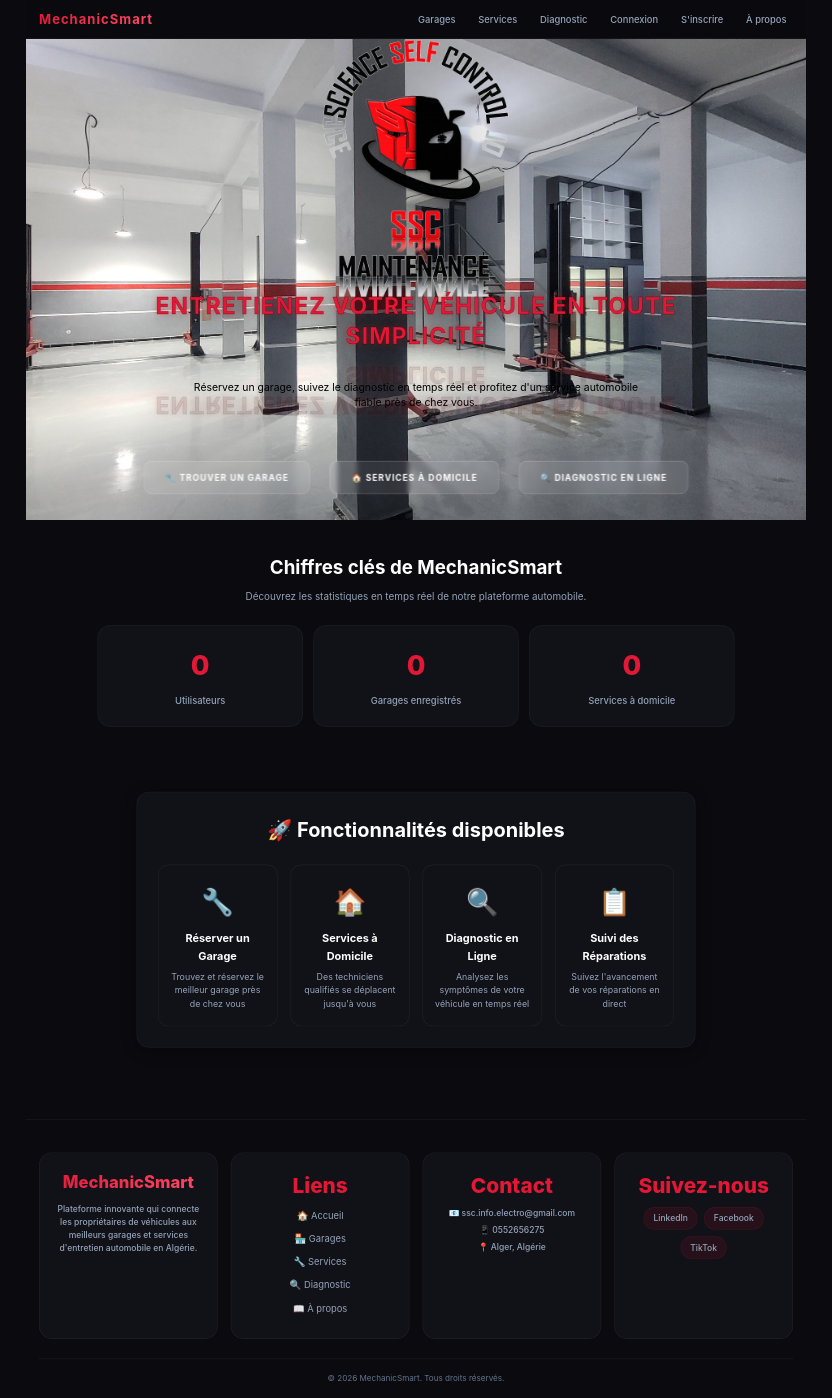
Repository: sscinfoelectro-oss/MPS-V-4
Page: / (app in frontend/)
The author's editor kept a copy of each file at every save. The page is drawn from the files as they stood at one save, then again after the next save.
The browser window is 1280 px wide. The pictures show the whole page, at 65% of full size.
The page's requests for data from a server got no answer. The project was rebuilt for these pictures with package versions that can differ from the ones it lists, and the page was loaded fresh each time. No one was signed in, and anything a server would have sent is missing. Also part of the build but not shown: frontend/vite.config.js.

Above is the page before, as saved 2026-06-02 18:39:50.

### frontend/index.html
<!DOCTYPE html>
<html lang="en">
  <head>
    <meta charset="UTF-8" />
    <meta name="viewport" content="width=device-width, initial-scale=1.0" />
    <title>Mechanic Smart</title>
    <link rel="icon" type="image/x-icon" href="/src/assets/ssc.ico" />
  </head>
  <body>
    <div id="root"></div>
    <script type="module" src="/src/main.jsx"></script>
  </body>
</html>

### frontend/src/styles.css
:root {
  color-scheme: dark;
  font-family: Inter, system-ui, -apple-system, BlinkMacSystemFont, 'Segoe UI', sans-serif;
  color: #e2e8f0;
  background: #0a0a0f;
  --brand-red: #E31837;
  --brand-red-strong: #B8102A;
  --brand-red-glow: rgba(227, 24, 55, 0.3);
  --brand-red-soft: rgba(227, 24, 55, 0.1);
  --gray-50: #F8FAFC;
  --gray-100: #F1F5F9;
  --gray-200: #E2E8F0;
  --gray-300: #CBD5E1;
  --gray-400: #94A3B8;
  --gray-500: #64748B;
  --gray-600: #475569;
  --gray-700: #334155;
  --gray-800: #1E293B;
  --gray-900: #0F172A;
  --surface-card: #111118;
  --surface-card-hover: #1a1a24;
  --border-subtle: rgba(255, 255, 255, 0.06);
  --border-medium: rgba(255, 255, 255, 0.1);
}

html {
  width: 100%;
  height: 100%;
  overflow-x: hidden;
  scroll-behavior: smooth;
}

* {
  box-sizing: border-box;
  margin: 0;
  padding: 0;
}

body {
  margin: 0;
  width: 100%;
  min-height: 100vh;
  background: #0a0a0f;
  overflow-x: hidden;
  line-height: 1.6;
}

.page-shell {
  width: min(1200px, 100%);
  max-width: 100vw;
  margin: 0 auto;
  overflow-x: hidden;
}

button {
  font: inherit;
  cursor: pointer;
}

a {
  color: inherit;
  text-decoration: none;
}

/* ===== HEADER / NAVBAR ===== */
.header-bar {
  display: flex;
  align-items: center;
  justify-content: space-between;
  padding: 12px 24px;
  color: #ffffff;
  position: sticky;
  top: 0;
  z-index: 100;
  background: rgba(10, 10, 15, 0.92);
  backdrop-filter: blur(16px);
  -webkit-backdrop-filter: blur(16px);
  border-bottom: 1px solid var(--border-subtle);
}

.brand-card {
  display: flex;
  align-items: baseline;
  gap: 10px;
}

.brand-logo {
  font-size: 1.25rem;
  font-weight: 700;
  letter-spacing: 0.08em;
  color: var(--brand-red);
  background: linear-gradient(135deg, #E31837, #ff4d6a);
  -webkit-background-clip: text;
  -webkit-text-fill-color: transparent;
  background-clip: text;
  text-shadow: none;
}

.brand-sub {
  font-size: 0.75rem;
  color: var(--gray-400);
  text-transform: uppercase;
  letter-spacing: 0.12em;
  font-weight: 500;
}

.nav-links {
  display: flex;
  align-items: center;
  gap: 24px;
  flex-wrap: wrap;
  max-width: 100vw;
}

.nav-links a {
  font-size: 0.85rem;
  color: var(--gray-400);
  transition: color 0.2s ease;
  font-weight: 500;
  position: relative;
  padding: 4px 0;
}

.nav-links a::after {
  content: '';
  position: absolute;
  bottom: -2px;
  left: 0;
  width: 0;
  height: 2px;
  background: var(--brand-red);
  transition: width 0.2s ease;
  border-radius: 2px;
}

.nav-links a:hover {
  color: #ffffff;
}

.nav-links a:hover::after {
  width: 100%;
}

/* ===== HERO SECTION ===== */
.hero-section {
  position: relative;
  min-height: calc(100vh - 88px);
  display: flex;
  align-items: center;
  justify-content: center;
  text-align: center;
  color: white;
  padding: 40px 14px;
  background-size: cover;
  background-position: 70% center;
  overflow: hidden;
  width: 100%;
}

.hero-overlay {
  position: absolute;
  inset: 0;
  background: transparent;
}

.hero-copy {
  position: relative;
  max-width: min(900px, 95vw);
  z-index: 1;
  display: flex;
  flex-direction: column;
  align-items: center;
  justify-content: center;
  gap: 22px;
  width: 100%;
  text-align: center;
  margin-top: -60px;
}

.hero-logo-wrap {
  margin: 0 auto;
  margin-bottom: clamp(1.5rem, 5vh, 3rem);
  width: min(320px, 70vw);
  max-height: 320px;
}

.hero-logo {
  width: 100%;
  height: auto;
  display: block;
  object-fit: contain;
  filter: drop-shadow(0 16px 48px rgba(0, 0, 0, 0.32));
}

.hero-title {
  margin: 0;
  margin-top: 30px;
  margin-bottom: clamp(0.75rem, 3vh, 1.5rem);
  font-size: clamp(1.1rem, 5vw, 2.2rem);
  line-height: 1.3;
  letter-spacing: 0.05em;
  text-transform: uppercase;
  color: var(--brand-red);
  -webkit-text-stroke: 0.6px rgba(0, 0, 0, 0.45);
  text-shadow: 0 0 10px rgba(255, 3, 3, 0.35), 0 10px 30px rgba(0, 0, 0, 0.32);
  position: relative;
  white-space: normal;
  overflow: visible;
  width: 100%;
  text-align: center;
}

.hero-title::after {
  content: attr(data-text);
  position: absolute;
  left: 0;
  top: 100%;
  width: 100%;
  color: rgba(0, 0, 0, 0.22);
  transform: translateY(14px) scaleY(-1);
  filter: blur(1px);
  opacity: 0.42;
  white-space: normal;
  word-wrap: break-word;
}

.hero-description {
  margin: 0;
  margin-bottom: clamp(1.5rem, 5vh, 2.5rem);
  max-width: min(700px, 90vw);
  color: black;
  font-size: clamp(0.85rem, 2.5vw, 1rem);
  line-height: 1.5;
  white-space: normal;
  overflow: visible;
  text-align: center;
  width: 100%;
}

.hero-actions {
  display: flex;
  flex-wrap: wrap;
  justify-content: center;
  align-items: center;
  gap: 12px;
  margin-top: 20px;
  width: 100%;
}

/* ===== BUTTONS ===== */
.btn {
  border: none;
  border-radius: 12px;
  padding: 10px 20px;
  cursor: pointer;
  transition: all 0.25s ease;
  font-weight: 600;
  font-size: 0.9rem;
  display: inline-flex;
  align-items: center;
  justify-content: center;
  gap: 8px;
}

.btn:hover {
  transform: translateY(-2px);
}

.btn:active {
  transform: translateY(0px);
}

.btn-primary {
  background: var(--brand-red);
  color: white;
  border: none;
  box-shadow: 0 4px 16px rgba(227, 24, 55, 0.3);
}

.btn-primary:hover {
  background: var(--brand-red-strong);
  box-shadow: 0 6px 24px rgba(227, 24, 55, 0.45);
}

.btn-secondary {
  background: var(--gray-700);
  color: white;
  border: 1px solid var(--border-medium);
}

.btn-secondary:hover {
  background: var(--gray-600);
  border-color: rgba(255, 255, 255, 0.2);
}

/* ===== HERO BUTTONS - Modern Minimal Design ===== */
.button {
  -moz-appearance: none;
  -webkit-appearance: none;
  appearance: none;
  border: none;
  background: none;
  color: #0f1923;
  cursor: pointer;
  position: relative;
  padding: 0;
  text-transform: uppercase;
  font-weight: 700;
  font-size: 12px;
  transition: all 0.3s ease;
  letter-spacing: 0.5px;
}

.button_lg {
  position: relative;
  display: flex;
  align-items: center;
  justify-content: center;
  padding: 14px 32px;
  color: #ffffff;
  background: rgba(255, 255, 255, 0.08);
  overflow: hidden;
  min-width: 210px;
  border-radius: 12px;
  border: 1px solid rgba(255, 255, 255, 0.2);
  backdrop-filter: blur(4px);
  transition: all 0.3s ease;
}

.button_sl {
  display: block;
  position: absolute;
  inset: 0;
  width: 0;
  background: linear-gradient(135deg, #E31837, #ff4d6a);
  transition: width 0.4s cubic-bezier(0.25, 0.46, 0.45, 0.94);
  z-index: 0;
}

.button_text {
  position: relative;
  z-index: 1;
  letter-spacing: 1.5px;
  font-size: 13px;
  transition: color 0.3s ease;
}

.button:hover .button_lg {
  border-color: transparent;
  box-shadow: 0 8px 32px rgba(227, 24, 55, 0.35);
  transform: translateY(-3px);
}

.button:hover .button_sl {
  width: 100%;
}

.button:hover .button_text {
  color: #ffffff;
}

.button:active {
  transform: translateY(-1px) scale(0.98);
}

.button:active .button_lg {
  box-shadow: 0 4px 16px rgba(227, 24, 55, 0.25);
}

/* ===== ABOUT / SECTION ===== */
.about-main {
  min-height: calc(100vh - 60px);
  overflow: hidden;
}

.about-section,
.diagnostic-section {
  padding: 50px 18px;
}

.about-card {
  margin: 0 auto;
  width: min(860px, 100%);
  max-width: 100%;
  padding: 32px;
  background: var(--surface-card);
  border-radius: 20px;
  border: 1px solid var(--border-subtle);
  box-shadow: 0 4px 24px rgba(0, 0, 0, 0.3);
}

.about-card h2 {
  margin-top: 0;
  color: #ffffff;
  font-size: clamp(1.5rem, 2.4vw, 2rem);
  font-weight: 700;
}

.about-card p {
  color: var(--gray-300);
  line-height: 1.7;
  margin: 14px 0 0;
}

.section-heading {
  max-width: 660px;
  margin: 0 auto 32px;
  text-align: center;
}

.section-heading h2 {
  margin: 0;
  color: #ffffff;
  font-size: clamp(1.5rem, 2.4vw, 1.8rem);
  font-weight: 700;
}

.section-heading p {
  color: var(--gray-400);
  margin-top: 10px;
  line-height: 1.6;
  font-size: 0.95rem;
}

/* ===== STATS CARDS ===== */
.cards-grid {
  display: grid;
  grid-template-columns: repeat(3, minmax(0, 1fr));
  gap: 16px;
  max-width: 980px;
  margin: 0 auto;
}

.stats-card {
  background: var(--surface-card);
  padding: 28px 20px;
  border-radius: 20px;
  border: 1px solid var(--border-subtle);
  text-align: center;
  transition: transform 0.2s ease, border-color 0.2s ease;
}

.stats-card:hover {
  transform: translateY(-4px);
  border-color: var(--brand-red-glow);
}

.stats-card h3 {
  margin: 0;
  font-size: 2.6rem;
  color: var(--brand-red);
  font-weight: 800;
}

.stats-card p {
  margin: 8px 0 0;
  color: var(--gray-400);
  font-size: 0.9rem;
  font-weight: 500;
}

/* ===== FORMS (Connexion / Inscription) ===== */
.connexion-section,
.inscription-section {
  padding: 60px 18px;
  min-height: calc(100vh - 60px);
  display: flex;
  align-items: center;
  justify-content: center;
}

.connexion-card,
.inscription-card {
  margin: 0 auto;
  width: min(460px, 100%);
  max-width: 100%;
  padding: 36px 32px;
  background: var(--surface-card);
  border-radius: 20px;
  border: 1px solid var(--border-subtle);
  box-shadow: 0 8px 32px rgba(0, 0, 0, 0.4);
}

.connexion-card h2,
.inscription-card h2 {
  margin: 0 0 24px;
  color: #ffffff;
  font-size: clamp(1.5rem, 2.4vw, 1.8rem);
  text-align: center;
  font-weight: 700;
}

.connexion-form,
.inscription-form {
  display: flex;
  flex-direction: column;
  gap: 18px;
}

.form-group {
  display: flex;
  flex-direction: column;
  gap: 8px;
}

.form-group label {
  font-size: 0.85rem;
  color: var(--gray-400);
  font-weight: 500;
}

.form-input {
  width: 100%;
  padding: 12px 16px;
  border-radius: 12px;
  border: 1px solid var(--border-medium);
  background: rgba(255, 255, 255, 0.04);
  color: #e2e8f0;
  font-size: 0.95rem;
  transition: border-color 0.2s ease, box-shadow 0.2s ease;
}

.form-input:focus {
  outline: none;
  border-color: var(--brand-red);
  box-shadow: 0 0 0 3px var(--brand-red-soft);
}

.form-input::placeholder {
  color: var(--gray-600);
}

.message {
  padding: 12px 16px;
  border-radius: 12px;
  background: rgba(255, 255, 255, 0.04);
  color: var(--gray-300);
  text-align: center;
  font-size: 0.9rem;
  border: 1px solid var(--border-subtle);
}

/* ===== SEARCH INPUT ===== */
.search-input {
  width: 100%;
  padding: 14px 18px;
  border-radius: 14px;
  border: 1px solid var(--border-medium);
  background: rgba(255, 255, 255, 0.04);
  color: #e2e8f0;
  font-size: 0.95rem;
  transition: all 0.2s ease;
  margin-bottom: 24px;
}

.search-input:focus {
  outline: none;
  border-color: var(--brand-red);
  box-shadow: 0 0 0 3px var(--brand-red-soft);
}

.search-input::placeholder {
  color: var(--gray-600);
}

/* ===== SERVICE / GARAGE CARDS - Modern Redesign ===== */
.service-card,
.garage-card {
  background: var(--surface-card);
  padding: 24px;
  border-radius: 16px;
  border: 1px solid var(--border-subtle);
  transition: all 0.3s ease;
  position: relative;
  overflow: hidden;
}

.service-card:hover,
.garage-card:hover {
  border-color: rgba(227, 24, 55, 0.2);
  transform: translateY(-2px);
  box-shadow: 0 8px 32px rgba(0, 0, 0, 0.3);
}

.card-header {
  display: flex;
  gap: 16px;
  margin-bottom: 16px;
}

.card-image {
  width: 100px;
  height: 100px;
  border-radius: 12px;
  object-fit: cover;
  border: 2px solid var(--border-subtle);
  flex-shrink: 0;
  background: var(--gray-800);
}

.card-image-placeholder {
  width: 100px;
  height: 100px;
  border-radius: 12px;
  border: 2px dashed var(--border-medium);
  display: flex;
  align-items: center;
  justify-content: center;
  color: var(--gray-600);
  font-size: 0.75rem;
  flex-shrink: 0;
  background: rgba(255, 255, 255, 0.02);
}

.card-info {
  flex: 1;
  min-width: 0;
}

.card-name {
  font-size: 1.15rem;
  font-weight: 700;
  color: #ffffff;
  margin: 0 0 6px;
}

.card-location {
  color: var(--gray-400);
  font-size: 0.85rem;
  margin: 0 0 8px;
  display: flex;
  align-items: center;
  gap: 4px;
}

.card-rating {
  display: flex;
  align-items: center;
  gap: 12px;
  flex-wrap: wrap;
  margin-bottom: 8px;
}

.rating-stars {
  color: #f59e0b;
  font-size: 0.9rem;
}

.rating-text {
  color: var(--gray-400);
  font-size: 0.85rem;
}

.vote-count {
  color: var(--gray-500);
  font-size: 0.8rem;
}

.card-details {
  margin: 12px 0;
  padding-top: 12px;
  border-top: 1px solid var(--border-subtle);
}

.card-details p {
  color: var(--gray-400);
  font-size: 0.85rem;
  margin: 4px 0;
  line-height: 1.5;
}

.card-description {
  color: var(--gray-400);
  font-size: 0.85rem;
  font-style: italic;
  margin: 8px 0;
  line-height: 1.5;
}

.services-list {
  margin: 10px 0 0;
  padding: 0;
  list-style: none;
  display: flex;
  flex-wrap: wrap;
  gap: 6px;
}

.services-list li {
  background: rgba(227, 24, 55, 0.1);
  color: var(--gray-300);
  font-size: 0.78rem;
  padding: 4px 10px;
  border-radius: 20px;
  border: 1px solid rgba(227, 24, 55, 0.15);
}

.card-actions {
  display: flex;
  gap: 10px;
  margin-top: 16px;
  padding-top: 16px;
  border-top: 1px solid var(--border-subtle);
}

.card-actions .btn {
  flex: 1;
  padding: 10px 14px;
  font-size: 0.82rem;
  border-radius: 10px;
}

.vote-buttons {
  display: flex;
  gap: 10px;
  margin-top: 12px;
}

.vote-buttons .btn {
  flex: 1;
  padding: 8px 14px;
  font-size: 0.8rem;
  border-radius: 10px;
}

/* ===== RESPONSIVE ===== */
@media (max-width: 900px) {
  .header-bar {
    flex-direction: column;
    gap: 14px;
    text-align: center;
    padding: 14px 16px;
  }

  .nav-links {
    justify-content: center;
    gap: 16px;
  }

  .hero-section {
    min-height: 80vh;
    height: auto;
  }

  .cards-grid {
    grid-template-columns: 1fr;
  }

  .card-header {
    flex-direction: column;
    align-items: center;
    text-align: center;
  }

  .card-rating {
    justify-content: center;
  }

  .card-image,
  .card-image-placeholder {
    width: 140px;
    height: 140px;
  }
}

@media (max-width: 768px) {
  .header-bar {
    flex-direction: row;
    gap: 8px;
    padding: 8px 10px;
    flex-wrap: wrap;
    justify-content: center;
    position: relative;
    z-index: 100;
  }

  .nav-links {
    flex-direction: row;
    flex-wrap: wrap;
    gap: 6px;
    justify-content: center;
    margin: 0 auto;
  }

  .nav-links a {
    font-size: 0.75rem;
    padding: 2px 6px;
  }

  .nav-links button {
    font-size: 0.75rem;
    padding: 2px 6px;
  }

  .hero-section {
    min-height: auto;
    height: auto;
    padding: 10px 8px;
  }

  .hero-copy {
    padding: 1rem !important;
    margin-top: 0 !important;
    gap: 8px;
  }

  .hero-logo-wrap {
    margin: 0 auto;
    margin-bottom: 0.8rem !important;
    width: min(250px, 60vw);
    max-height: none;
  }

  .hero-logo {
    max-width: 100% !important;
    margin-bottom: 0 !important;
  }

  .hero-title {
    font-size: 0.95rem !important;
    line-height: 1.2 !important;
    white-space: normal !important;
    word-break: break-word !important;
    margin: 0 0 0.3rem 0 !important;
    padding: 0 5px;
    text-align: center;
  }

  .hero-title::after {
    display: none;
  }

  .hero-description {
    margin-top: 0;
    font-size: 0.7rem !important;
    line-height: 1.3 !important;
    padding: 0 8px;
    max-width: 100%;
    margin-bottom: 0.8rem !important;
  }

  .hero-actions {
    flex-direction: column;
    align-items: center;
    gap: 8px;
    margin-top: 0;
    width: 100%;
  }

  .hero-actions a {
    display: block;
    width: 100%;
    max-width: 280px;
  }

  .hero-actions .button {
    width: 100%;
  }

  .button_lg {
    padding: 10px 16px;
    min-width: auto;
    width: 100%;
  }

  .button_text {
    font-size: 12px;
    letter-spacing: 1px;
  }

  .button {
    font-size: 11px;
  }

  .about-card {
    padding: 20px 16px;
  }

  .connexion-card,
  .inscription-card {
    padding: 24px 20px;
  }

  .service-card,
  .garage-card {
    padding: 18px;
  }

  .card-actions {
    flex-direction: column;
  }

  .vote-buttons {
    flex-direction: column;
  }

  .brand-logo {
    font-size: 1.1rem;
  }
}

@media (max-width: 480px) {
  .header-bar {
    padding: 6px 8px;
    gap: 4px;
  }

  .nav-links {
    gap: 4px;
  }

  .nav-links a,
  .nav-links button {
    font-size: 0.7rem;
    padding: 2px 4px;
  }

  .hero-section {
    min-height: auto;
    height: auto;
    padding: 8px 6px;
  }

  .hero-copy {
    padding: 0.5rem !important;
    margin-top: 0 !important;
    gap: 6px;
  }

  .hero-logo-wrap {
    margin-bottom: 0.5rem !important;
    width: min(200px, 65vw);
  }

  .hero-logo {
    max-width: 100% !important;
  }

  .hero-title {
    font-size: 0.85rem !important;
    line-height: 1.15 !important;
    margin-bottom: 0.2rem !important;
    margin-top: 0 !important;
  }

  .hero-description {
    font-size: 0.65rem !important;
    line-height: 1.2 !important;
    margin-bottom: 0.4rem !important;
  }

  .hero-actions {
    gap: 6px;
    margin-top: 0;
  }

  .hero-actions a {
    max-width: 240px;
  }

  .button_lg {
    padding: 8px 12px;
  }

  .button_text {
    font-size: 10px;
    letter-spacing: 0.5px;
  }

  .button {
    font-size: 10px;
  }

  .nav-links a {
    font-size: 0.7rem;
  }

  .about-card h2 {
    font-size: 1.3rem;
  }

  .stats-card h3 {
    font-size: 2rem;
  }

  .service-card,
  .garage-card {
    padding: 14px;
  }

  .card-image,
  .card-image-placeholder {
    width: 100px;
    height: 100px;
  }

  .card-name {
    font-size: 1rem;
  }
}

/* ===== SCROLLBAR ===== */
::-webkit-scrollbar {
  width: 8px;
}

::-webkit-scrollbar-track {
  background: #0a0a0f;
}

::-webkit-scrollbar-thumb {
  background: var(--gray-700);
  border-radius: 4px;
}

::-webkit-scrollbar-thumb:hover {
  background: var(--gray-600);
}

/* ===== SELECTION ===== */
::selection {
  background: var(--brand-red);
  color: #ffffff;
}

/* ===== MODERN BUTTON STYLE (Compact) ===== */
.btn-compact {
  padding: 8px 16px;
  font-size: 0.8rem;
  border-radius: 8px;
}

.btn-icon {
  display: inline-flex;
  align-items: center;
  justify-content: center;
  gap: 6px;
}

@media (max-width: 600px) {
  .features-grid {
    grid-template-columns: repeat(2, 1fr) !important;
  }
}

/* ===== FEATURE ITEMS (HomePage) ===== */
.feature-item {
  background: var(--surface-card);
  padding: 24px 16px;
  border-radius: 16px;
  border: 1px solid var(--border-subtle);
  transition: all 0.3s ease;
  text-align: center;
}

.feature-item:hover {
  transform: translateY(-4px);
  border-color: rgba(227, 24, 55, 0.2);
  box-shadow: 0 8px 32px rgba(0, 0, 0, 0.3);
}

.feature-item h3 {
  color: #ffffff;
  margin: 12px 0 8px;
  font-size: 1.05rem;
}

.feature-item p {
  color: var(--gray-400);
  font-size: 0.85rem;
  line-height: 1.5;
  margin: 0;
}

/* ===== DIAGNOSTIC RESULT ===== */
.diagnostic-result-card {
  margin-top: 30px;
  padding: 20px;
  border-radius: 12px;
  background: rgba(0, 0, 0, 0.2);
}

/* ===== APPOINTMENT CARD ===== */
.appointment-card {
  background: #0f172a;
  padding: 16px;
  border-radius: 12px;
  border: 1px solid rgba(255, 255, 255, 0.1);
  transition: all 0.2s ease;
}

.appointment-card:hover {
  border-color: rgba(227, 24, 55, 0.2);
}

/* ===== REPAIR TIMELINE ===== */
.repair-timeline-item {
  display: flex;
  gap: 15px;
  margin-bottom: 15px;
  position: relative;
  padding-left: 30px;
}

.repair-timeline-dot {
  position: absolute;
  left: 5px;
  top: 4px;
  width: 16px;
  height: 16px;
  border-radius: 50%;
  border: 3px solid #0f172a;
}

.repair-timeline-line {
  position: absolute;
  left: 12px;
  top: 24px;
  bottom: -15px;
  width: 2px;
  background: rgba(227, 24, 55, 0.3);
}

/* ===== ADMIN TABS ===== */
.admin-tab-btn {
  padding: 10px 20px;
  border-radius: 30px;
  border: none;
  font-weight: bold;
  cursor: pointer;
  transition: all 0.2s;
}

/* ===== BOOKING FORM ===== */
.booking-form-container {
  margin-top: 15px;
  padding: 15px;
  background: #1e293b;
  border-radius: 10px;
  border: 1px solid rgba(255, 255, 255, 0.1);
}

/* ===== RESPONSIVE ===== */
@media (max-width: 768px) {
  .feature-item {
    padding: 18px 12px;
  }

  .repair-timeline-item {
    padding-left: 25px;
  }
}

/* ===== ADMIN DASHBOARD ===== */
.admin-stats-grid {
  display: grid;
  grid-template-columns: repeat(3, minmax(0, 1fr));
  gap: 16px;
  max-width: 980px;
  margin: 0 auto;
}

.admin-tab-bar {
  display: flex;
  justify-content: center;
  gap: 10px;
  flex-wrap: wrap;
  margin-bottom: 24px;
}

.admin-tab-btn {
  padding: 10px 24px;
  border-radius: 30px;
  border: none;
  font-weight: 600;
  cursor: pointer;
  transition: all 0.2s ease;
  font-size: 0.85rem;
}

.admin-tab-btn:hover {
  transform: translateY(-2px);
}

.admin-item-card {
  padding: 16px;
  border-radius: 12px;
  transition: all 0.2s ease;
}

.admin-item-card:hover {
  transform: translateY(-2px);
  box-shadow: 0 4px 16px rgba(0, 0, 0, 0.2);
}

.admin-item-name {
  font-size: 1rem;
  font-weight: 700;
  color: #ffffff;
  margin: 0 0 4px;
}

.admin-item-location {
  color: #94a3b8;
  font-size: 0.85rem;
  margin: 2px 0;
}

.admin-verified-badge {
  display: inline-block;
  padding: 2px 10px;
  border-radius: 4px;
  font-size: 0.75rem;
  font-weight: bold;
}

.admin-verified-true {
  background: #22c55e;
  color: #000000;
}

.admin-verified-false {
  background: #f59e0b;
  color: #000000;
}

.admin-action-btn {
  border: none;
  color: white;
  padding: 8px 16px;
  border-radius: 8px;
  cursor: pointer;
  font-size: 0.82rem;
  font-weight: 500;
  white-space: nowrap;
  transition: all 0.2s ease;
}

.admin-action-btn:hover {
  transform: translateY(-1px);
  filter: brightness(1.1);
}

.admin-form-section {
  background: #1e293b;
  padding: 20px;
  border-radius: 12px;
  margin-bottom: 20px;
  border: 1px solid rgba(255, 255, 255, 0.06);
}

.admin-form-title {
  color: #ffffff;
  margin-bottom: 15px;
  font-size: 1.1rem;
  font-weight: 700;
}

.admin-section-header {
  display: flex;
  justify-content: space-between;
  align-items: center;
  margin-bottom: 20px;
}

@media (max-width: 900px) {
  .admin-stats-grid {
    grid-template-columns: 1fr 1fr;
  }
}

@media (max-width: 480px) {
  .admin-stats-grid {
    grid-template-columns: 1fr;
  }
}

/* ===== إصلاح Navbar للشاشات المتوسطة والكبيرة فقط (Desktop) ===== */
@media (min-width: 769px) {
  .header-bar {
    display: flex;
    justify-content: space-between;
    align-items: center;
    flex-wrap: wrap;
    padding: 12px 20px;
  }

  .nav-links {
    display: flex;
    flex-wrap: wrap;
    gap: 15px;
    align-items: center;
    justify-content: flex-end;
    margin-left: auto;
  }

  .nav-links a, .nav-links button {
    font-size: 0.9rem;
    padding: 6px 10px;
    white-space: nowrap;
  }

  /* إذا كانت القائمة لا تزال متداخلة، قم بتصغير الخط */
  @media (min-width: 769px) and (max-width: 1200px) {
    .nav-links a, .nav-links button {
      font-size: 0.8rem;
      padding: 4px 8px;
    }
  }
}

Loaded but not shown: frontend/src/App.jsx (2819 lines, source omitted); frontend/src/components/Footer.jsx (159 lines, source omitted); frontend/src/main.jsx (13 lines, source omitted)

After the next save:
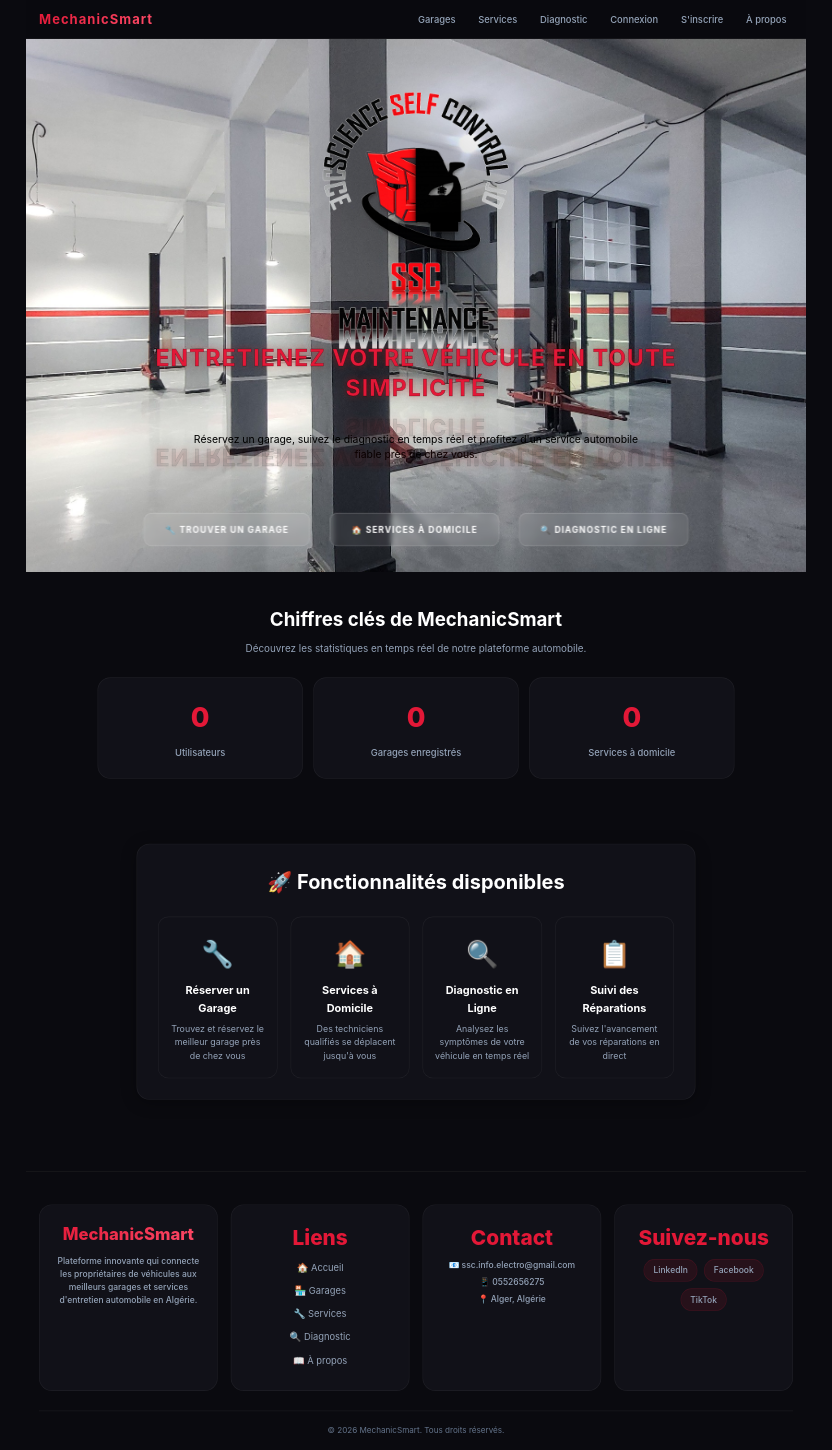
Saved 65 s later.
--- a/frontend/src/styles.css
+++ b/frontend/src/styles.css
@@ -174,7 +174,7 @@
   gap: 22px;
   width: 100%;
   text-align: center;
-  margin-top: -60px;
+  margin-top: 20px;
 }
 
 .hero-logo-wrap {
